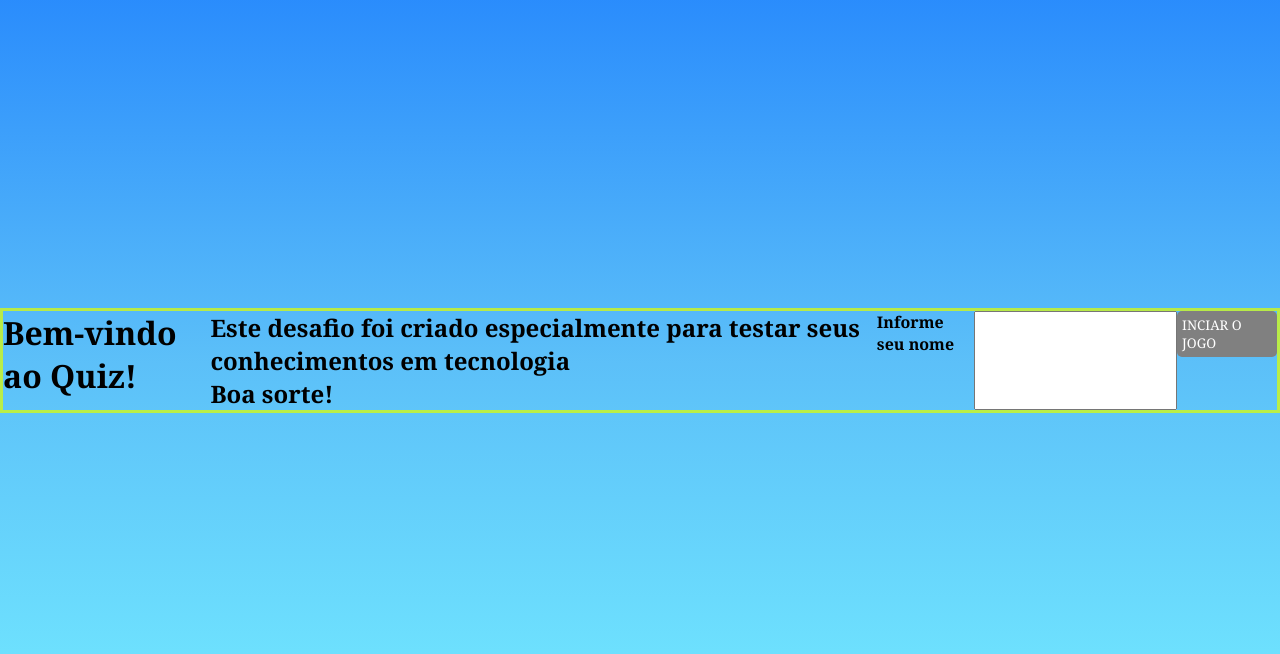
Repository: LaisSilvaO/Projeto-Quizz
Page: telas/apresentação.html
The author's editor kept a copy of each file at every save. The page is drawn from the files as they stood at one save, then again after the next save.
The browser window is 1280 px wide. The pictures show the whole page.

Above is the page before, as saved 2024-12-25 18:32:21.

### telas/apresentação.html
<!DOCTYPE html>
<html lang="pt-br">

<head>
    <meta charset="UTF-8">
    <meta name="viewport" content="width=device-width, initial-scale=1.0">
    <title>Quiz</title>
    <link rel="stylesheet" href="../img/tela.css">
</head>

<body>
    <div class="borda1">
        <H1> Bem-vindo ao Quiz!</H1>

        <h2>Este desafio foi criado especialmente para testar seus conhecimentos em tecnologia

            <P> Boa sorte!</P>
        </h2>
        <h4>Informe seu nome </h4>
        <input type="text" id="nome">
        <A href="index.html">
            <h4><button>INCIAR O JOGO</button></h4>
        </A>
    </div>

</body>

</html>

### img/tela.css
* {
  margin: 0;
  padding: 0;
  box-sizing: border-box;
  font-family: Cambria, Cochin, Georgia, Times, 'Times New Roman', serif;
}

body {
  height: 100vh;
  display: flex;
  justify-content: center;
  flex-direction: column;
  flex-wrap: wrap;
  align-items: center;
  gap: 5px;
  background: linear-gradient(180deg, rgba(19, 128, 252, 0.9) 0%, rgba(80, 187, 248, 0.932), rgba(103, 230, 255, 0.932) 100%);
}

main {
  background-color: white;
  padding: 10px;
  border-radius: 10px;
  width: 100%;
  max-width: 600px;
  min-height: 400px;
  display: flex;
  align-items: center;
  justify-content: center;
}

.content {
  display: flex;
  flex-direction: column;
  width: 100px;
  gap: 10px;
}

.qtddquestao {
  text-align: end;
}

.resposta {
  display: flex;
  flex-direction: column;
  gap: 5px;
}

button {
  width: 100px;
  text-align: start;
  padding: 5px;
  border: none;
  border-radius: 5px;
  cursor: pointer;
  background-color: grey;
  color: white;
}

.final {
  display: none;
  flex-direction: column;
  gap: 10px;
}

.borda1{
  display: flex;
  border-style:solid;
  border-color: rgba(225, 255, 0, 0.708);

}

After the next save:
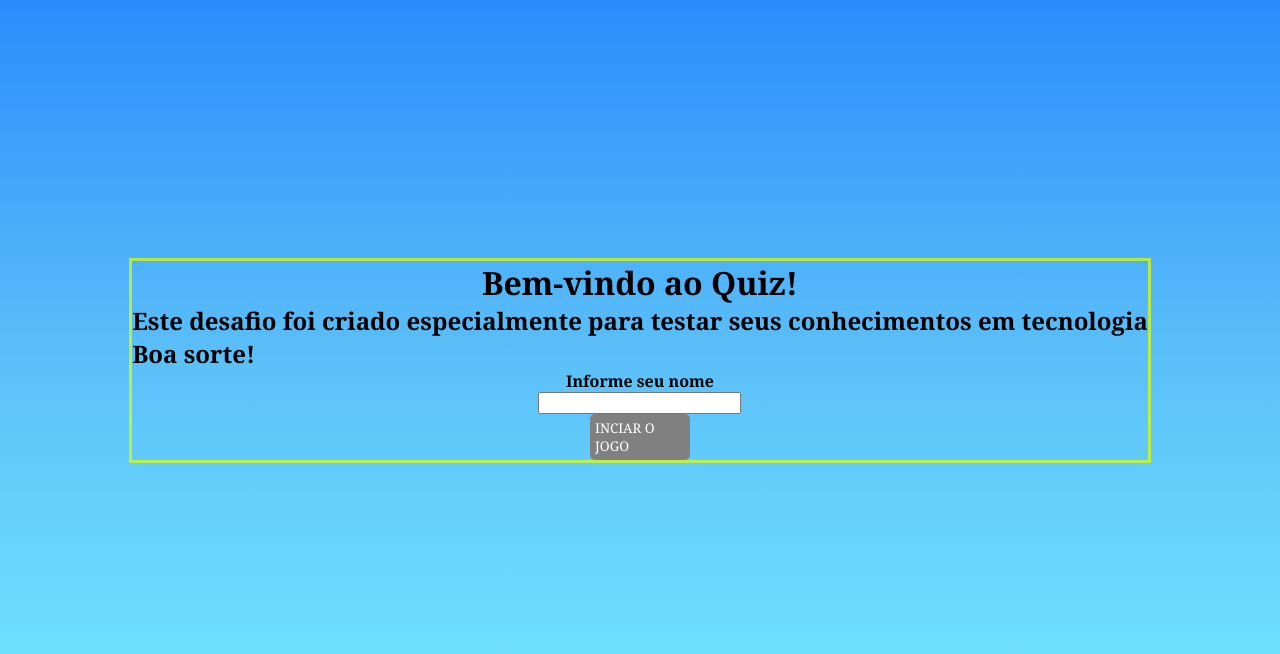
Saved 71 s later.
--- a/img/tela.css
+++ b/img/tela.css
@@ -64,6 +64,8 @@ button {
 
 .borda1{
   display: flex;
+  flex-direction: column;
+  align-items: center;
   border-style:solid;
   border-color: rgba(225, 255, 0, 0.708);
 
